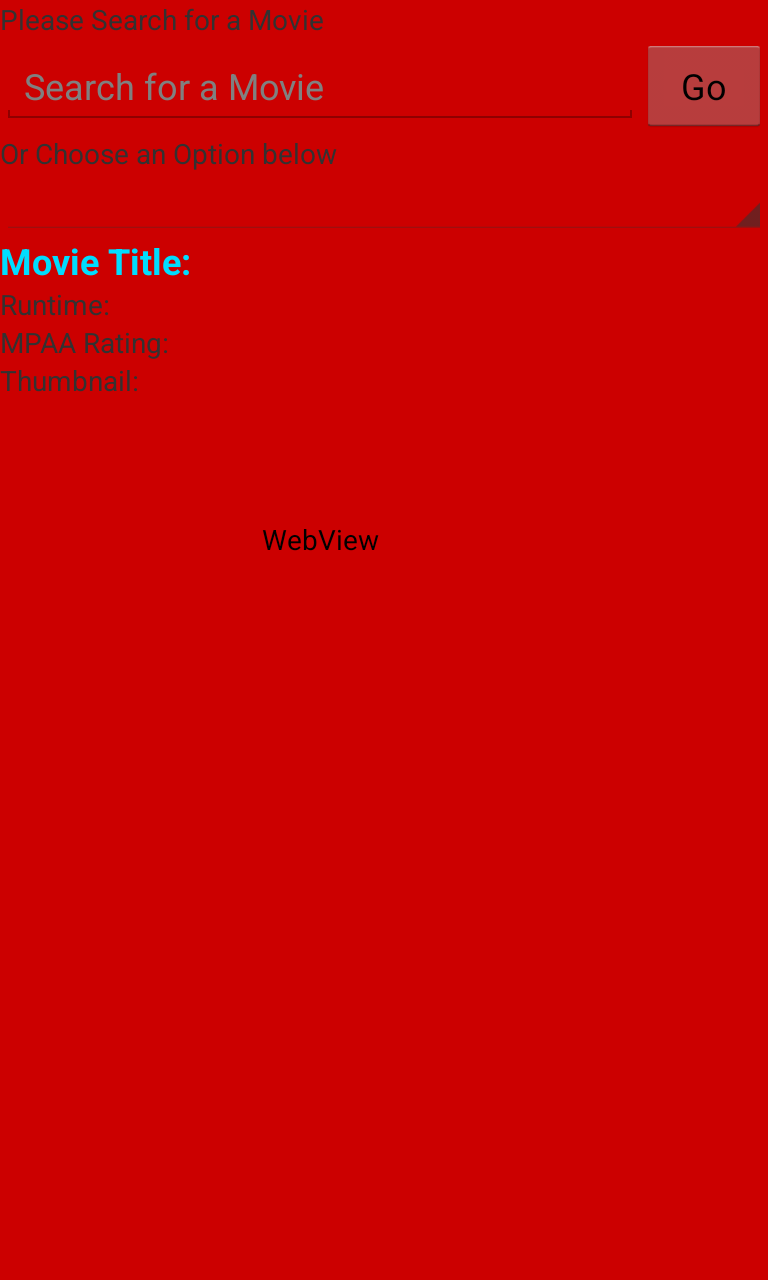
Repository: mikesmithjr/Java1
Layout: Week 4/MovieListing/res/layout/form.xml
The author's editor kept a copy of each file at every save. The layout is drawn from the files as they stood at one save, then again after the next save.
Pictures or frames that could not be fetched are drawn as grey boxes. It is drawn on a 768 x 1280 px phone screen (xhdpi) without system bars, with theme AppTheme; the app's code is not run.

Above is the layout before, as saved 2013-08-01 06:45:21.

### Week 4/MovieListing/res/layout/form.xml
<?xml version="1.0" encoding="utf-8"?>
<LinearLayout xmlns:android="http://schemas.android.com/apk/res/android"
    android:layout_width="match_parent"
    android:layout_height="match_parent"
    android:orientation="vertical" >

    <TextView
            android:layout_width="match_parent"
            android:layout_height="wrap_content"
            android:text="@string/please_search_for_a_movie"/>

    <LinearLayout
        android:layout_width="match_parent"
        android:layout_height="wrap_content"
        android:orientation="horizontal">


        <EditText
            android:id="@+id/searchField"
            android:layout_width="0dip"
            android:layout_weight="1"
            android:layout_height="wrap_content"
            android:hint="@string/search_for_a_movie"/>

        <Button
            android:id="@+id/searchButton"
            android:layout_width="wrap_content"
            android:layout_height="wrap_content"
            android:text="@string/go"/>


    </LinearLayout>

    <TextView
        android:layout_width="match_parent"
        android:layout_height="wrap_content"
        android:text="@string/or_choose_an_option_below"/>

    <Spinner
        android:id="@+id/spinner"
        android:layout_width="match_parent"
        android:layout_height="wrap_content"/>

    <GridLayout
        android:id="@+id/moviedata"
        android:layout_width="match_parent"
        android:layout_height="0dip"
        android:layout_weight="1"
        android:columnCount="2">

        <TextView
            android:layout_width="wrap_content"
            android:layout_height="wrap_content"
            android:text="@string/movie_title_"
            style="@style/MovieLabel"/>
        <TextView
            android:id="@+id/data_title"
            android:layout_width="wrap_content"
            android:layout_height="wrap_content"
            style="@style/MovieInfo"/>
        <TextView
            android:layout_width="wrap_content"
            android:layout_height="wrap_content"
            android:text="@string/runtime_"/>
        <TextView
            android:id="@+id/data_runtime"
            android:layout_width="wrap_content"
            android:layout_height="wrap_content"/>
        <TextView
            android:layout_width="wrap_content"
            android:layout_height="wrap_content"
            android:text="@string/mpaa_rating_"/>
        <TextView
            android:id="@+id/data_rating"
            android:layout_width="wrap_content"
            android:layout_height="wrap_content"/>
        <TextView
            android:layout_width="wrap_content"
            android:layout_height="wrap_content"
            android:text="@string/thumbnail_"/>
        <WebView
            android:id="@+id/data_thumbnail"
            android:layout_width="120dp"
            android:layout_height="178dp"/>

    </GridLayout>

</LinearLayout>

### Week 4/MovieListing/res/values/styles.xml
<resources xmlns:android="http://schemas.android.com/apk/res/android">

       <style name="AppTheme" parent="android:Theme.Holo.Light">
           <item name="android:background">@android:color/holo_red_dark</item>
       </style>
        <style name= "MovieLabel">
            <item name= "android:textStyle">bold</item>
            <item name= "android:textColor">@android:color/holo_blue_bright</item>
            <item name= "android:textSize">18dp</item>
        </style>
        <style name= "MovieInfo">
            <item name= "android:textStyle">normal</item>
            <item name= "android:textColor">@android:color/holo_green_light</item>
            <item name= "android:textSize">18dp</item>
        </style>


</resources>

### Week 4/MovieListing/res/values/strings.xml
<?xml version="1.0" encoding="utf-8"?>
<resources>

    <string name="app_name">MovieListing</string>
    <string name="action_settings">Settings</string>
    <string name="hello_world">Hello world!</string>
    <string-array name="movie_array">
        <item >Please Choose an option</item>
        <item >Current Movies</item>
        <item >Upcoming Movies</item>

    </string-array>
        <string name="search_for_a_movie">Search for a Movie</string>
        <string name="go">Go</string>
        <string name="please_search_for_a_movie">Please Search for a Movie</string>
        <string name="or_choose_an_option_below">Or Choose an Option below</string>
        <string name="movie_title_">"Movie Title: "</string>
        <string name="runtime_">"Runtime: "</string>
        <string name="mpaa_rating_">"MPAA Rating: "</string>
        <string name="thumbnail_">"Thumbnail: "</string>

</resources>

After the next save:
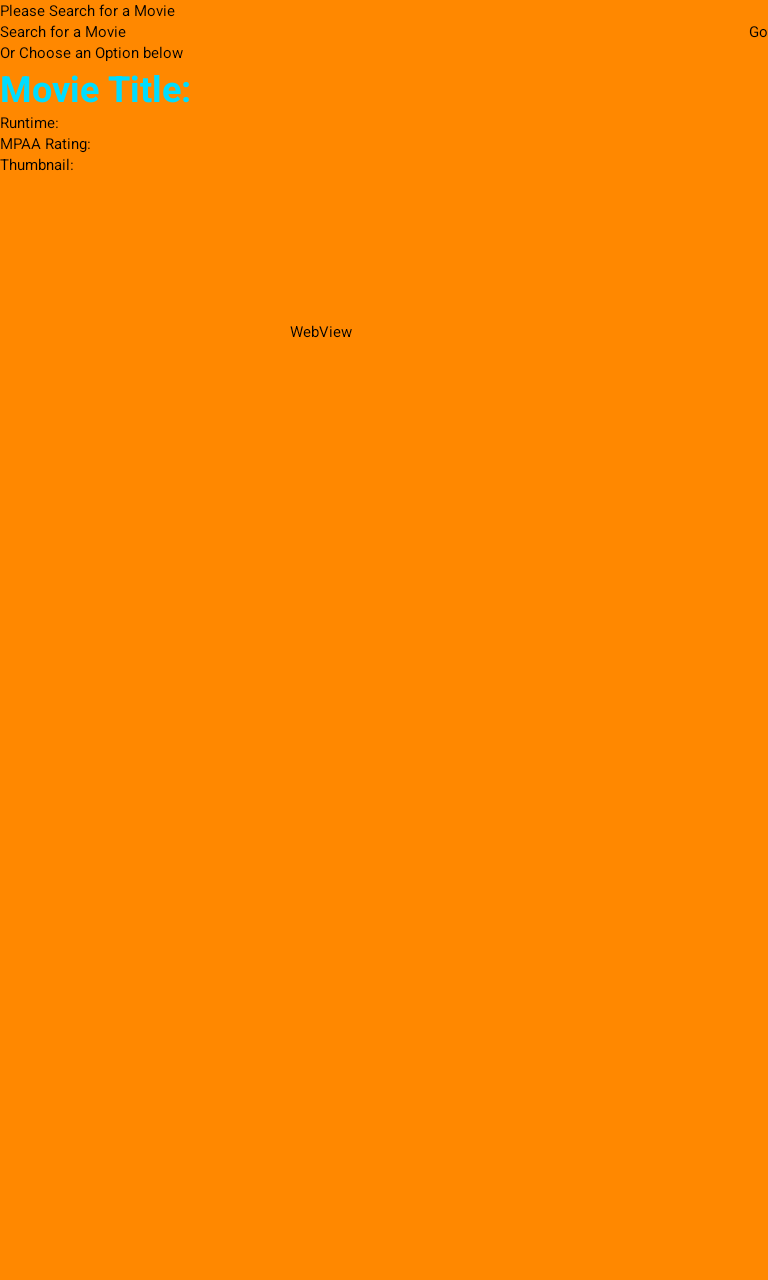
Saved 62 s later.
--- a/Week 4/MovieListing/res/values/styles.xml
+++ b/Week 4/MovieListing/res/values/styles.xml
@@ -1,7 +1,7 @@
 <resources xmlns:android="http://schemas.android.com/apk/res/android">
 
-       <style name="AppTheme" parent="android:Theme.Holo.Light">
-           <item name="android:background">@android:color/holo_red_dark</item>
+       <style name="AppTheme" parent="android:Theme.Holo.Dark">
+           <item name="android:background">@android:color/holo_orange_dark</item>
        </style>
         <style name= "MovieLabel">
             <item name= "android:textStyle">bold</item>
